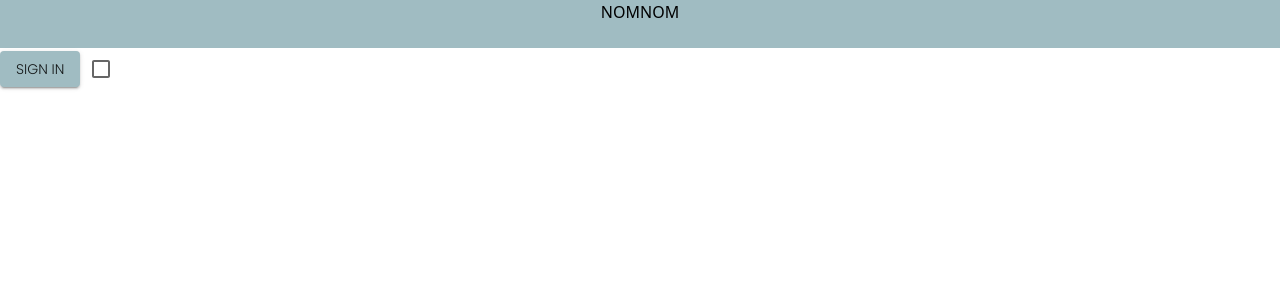
Repository: namphextra/portfolio
Page: /admin/login
An editor plug-in stored every save of this project. The page is shown before and after the next save, followed by the edit.
The browser window is 1280 px wide. The pictures show the whole page.
The page's requests for data from a server got no answer. The project was rebuilt for these pictures with package versions that can differ from the ones it lists, and the page was loaded fresh each time. The framework's server and built-in components were replaced by stand-ins that run in the browser. No one was signed in, and anything a server would have sent is missing. Also part of the build but not shown: next.config.js.

Above is the page before, as saved 2023-02-15 17:11:33.

After the next save:
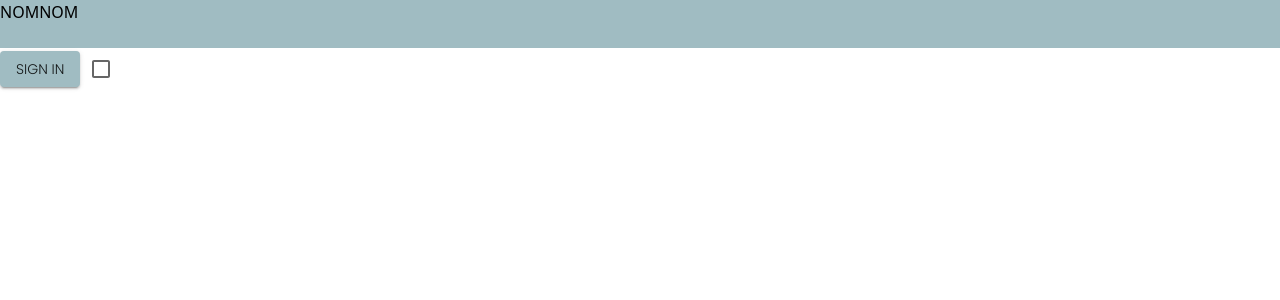
Saved 21 s later.
--- a/src/app/admin/layout.tsx
+++ b/src/app/admin/layout.tsx
@@ -7,7 +7,7 @@
 }) {
   return (
     <>
-      <header className="w-full h-12 bg-primary">
+      <header className="w-full h-12 bg-primary flex align-middle">
         <p className="font-dancing text-center">NOMNOM</p>
       </header>
       {children}
